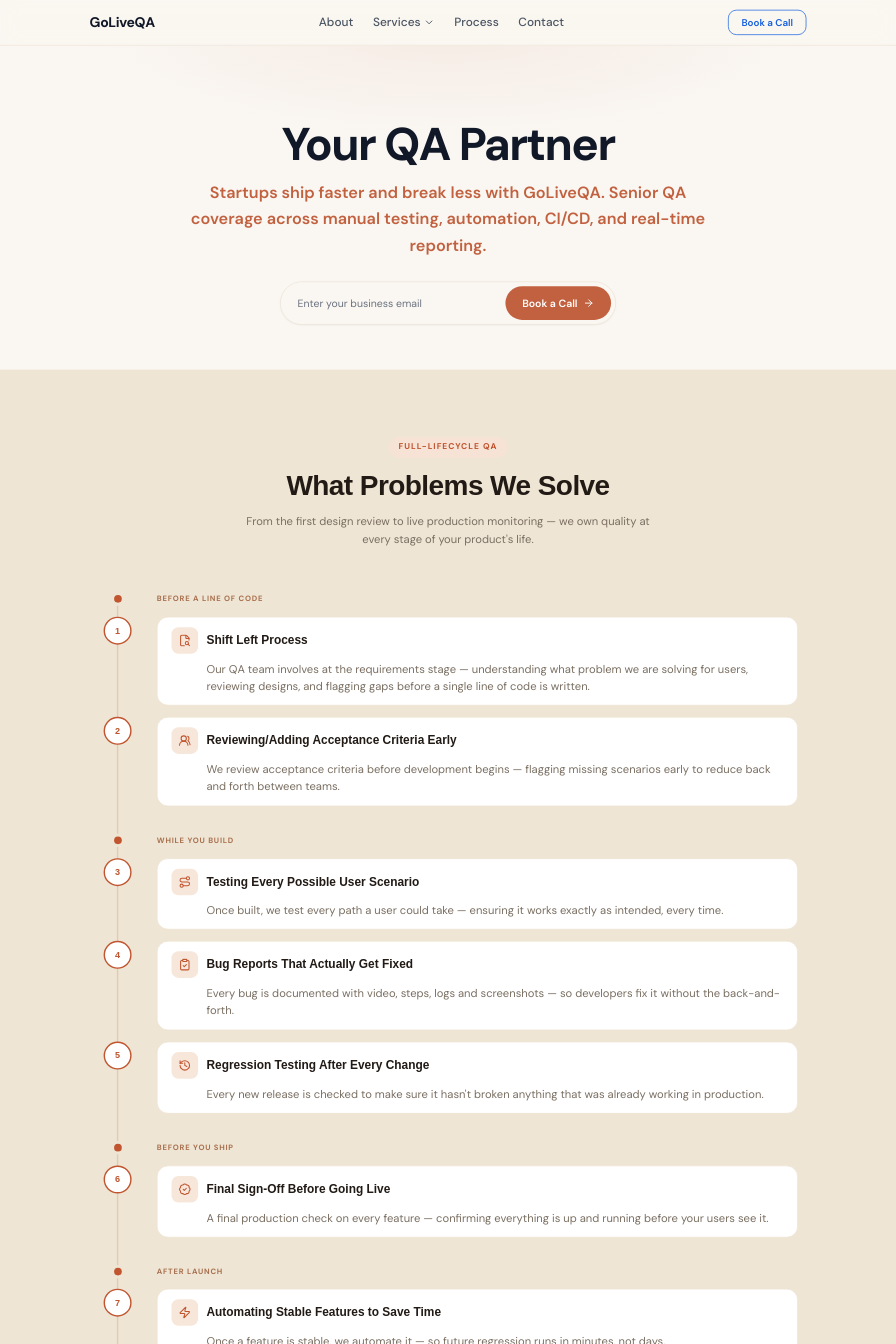
Repository: Monika281992/GoLiveQA
Page: /
An editor plug-in stored every save of this project. The page is shown before and after the next save, followed by the edit.
The browser window is 1280 px wide. The pictures show the part of the page from y = 0 to 1920 px (the page is 4588 px tall), at 70% of full size.
The project was rebuilt for these pictures with package versions that can differ from the ones it lists, and the page was loaded fresh each time. The framework's server and built-in components were replaced by stand-ins that run in the browser. Also part of the build but not shown: next.config.mjs.

Above is the page before, as saved 2026-06-27 14:30:28.

### app/layout.tsx
import type { Metadata } from "next";
import { DM_Sans, Kaushan_Script } from "next/font/google";
import "./globals.css";

const dmSans = DM_Sans({
  subsets: ["latin"],
  weight: ["300", "400", "500", "600", "700"],
  variable: "--font-sans",
  display: "swap",
});

const kaushan = Kaushan_Script({
  subsets: ["latin"],
  weight: "400",
  variable: "--font-script",
  display: "swap",
});

export const metadata: Metadata = {
  title: "GoLiveQA",
  description:
    "Senior QA engineer with 9 years of hands-on experience testing Healthcare, SaaS, AI & Real Estate products at startups across India and US. Playwright, Cypress, Postman. Available remotely.",
};

export default function RootLayout({
  children,
}: {
  children: React.ReactNode;
}) {
  return (
    <html lang="en" className={`${dmSans.variable} ${kaushan.variable}`}>
      <body className="font-sans leading-relaxed">{children}</body>
    </html>
  );
}

### app/page.tsx
import { Navbar } from "@/components/navbar";
import { Hero } from "@/components/hero";
import { ProblemsWeSolve } from "@/components/ProblemsWeSolve";
import { Process } from "@/components/process";
import { Pricing } from "@/components/pricing";
import { Contact } from "@/components/contact";
import { Footer } from "@/components/footer";

export default function Home() {
  return (
    <div className="min-h-screen bg-surface">
      <Navbar />
      <main>
        <Hero />
        <ProblemsWeSolve />
        <Process />
        <Pricing />
        <Contact />
      </main>
      <Footer />
    </div>
  );
}

### app/globals.css
@tailwind base;
@tailwind components;
@tailwind utilities;

html {
  scroll-behavior: smooth;
}

body {
  background-color: #faf7f2;
  color: #4b5563;
  -webkit-font-smoothing: antialiased;
}

### components/ProblemsWeSolve.jsx
"use client";

import {
  FileSearch2,
  UsersRound,
  Route,
  ClipboardCheck,
  History,
  BadgeCheck,
  Zap,
  Radar,
} from "lucide-react";

const ACCENT      = "#c0552f";
const RAIL_COLOR  = "#ddcdb4";
const BG_SECTION  = "#efe5d4";
const BG_CARD     = "#ffffff";
const TEXT_HEAD   = "#211a15";
const TEXT_BODY   = "#7a6f62";
const CHIP_BG     = "#f7e7db";
const PHASE_TEXT  = "#a8714f";
const EYEBROW_BG  = "#f7e3d6";

const DARK = {
  bg:   "#2c2620",
  title:"#ffffff",
  body: "#c9bfb2",
  icon: "#f0a07e",
  chip: "rgba(192,85,47,0.25)",
};

const phases = [
  {
    label: "Before a line of code",
    items: [
      {
        n: 1, Icon: FileSearch2,
        title: "Shift Left Process",
        desc:  "Our QA team involves at the requirements stage — understanding what problem we are solving for users, reviewing designs, and flagging gaps before a single line of code is written.",
        dark: false,
      },
      {
        n: 2, Icon: UsersRound,
        title: "Reviewing/Adding Acceptance Criteria Early",
        desc:  "We review acceptance criteria before development begins — flagging missing scenarios early to reduce back and forth between teams.",
        dark: false,
      },
    ],
  },
  {
    label: "While you build",
    items: [
      {
        n: 3, Icon: Route,
        title: "Testing Every Possible User Scenario",
        desc:  "Once built, we test every path a user could take — ensuring it works exactly as intended, every time.",
        dark: false,
      },
      {
        n: 4, Icon: ClipboardCheck,
        title: "Bug Reports That Actually Get Fixed",
        desc:  "Every bug is documented with video, steps, logs and screenshots — so developers fix it without the back-and-forth.",
        dark: false,
      },
      {
        n: 5, Icon: History,
        title: "Regression Testing After Every Change",
        desc:  "Every new release is checked to make sure it hasn't broken anything that was already working in production.",
        dark: false,
      },
    ],
  },
  {
    label: "Before you ship",
    items: [
      {
        n: 6, Icon: BadgeCheck,
        title: "Final Sign-Off Before Going Live",
        desc:  "A final production check on every feature — confirming everything is up and running before your users see it.",
        dark: false,
      },
    ],
  },
  {
    label: "After launch",
    items: [
      {
        n: 7, Icon: Zap,
        title: "Automating Stable Features to Save Time",
        desc:  "Once a feature is stable, we automate it — so future regression runs in minutes, not days.",
        dark: false,
      },
      {
        n: 8, Icon: Radar,
        title: "Continuous Production Monitoring",
        desc:  "Most QA stops at launch. We don't. We test production continuously — so your users never hit an issue silently.",
        dark: true,
      },
    ],
  },
];

export function ProblemsWeSolve() {
  return (
    <section style={{ background: BG_SECTION, padding: "96px 32px" }}
      className="!py-16 !px-5 md:!py-24 md:!px-8">
<div style={{ maxWidth: 1000, margin: "0 auto" }}>

        {/* Header */}
        <div style={{ maxWidth: 600, margin: "0 auto 64px", textAlign: "center" }}>
          <span style={{
            display: "inline-block",
            background: EYEBROW_BG,
            color: ACCENT,
            fontSize: 12,
            fontWeight: 700,
            textTransform: "uppercase",
            letterSpacing: "0.12em",
            borderRadius: 999,
            padding: "5px 14px",
            marginBottom: 16,
          }}>
            Full-Lifecycle QA
          </span>
          <h2 style={{
            fontFamily: "'Poppins', sans-serif",
            fontWeight: 600,
            fontSize: "clamp(1.8rem, 4vw, 2.5rem)",
            color: TEXT_HEAD,
            margin: "0 0 16px",
            lineHeight: 1.15,
            letterSpacing: "-0.02em",
          }}>
            What Problems We Solve
          </h2>
          <p style={{ fontSize: 16, color: TEXT_BODY, lineHeight: 1.6, margin: 0 }}>
            From the first design review to live production monitoring — we own quality at every stage of your product&apos;s life.
          </p>
        </div>

        {/* Timeline */}
        <div style={{ position: "relative" }}>
          {/* Vertical rail */}
          <div style={{
            position: "absolute",
            left: 27,
            top: 18,
            bottom: 18,
            width: 2,
            background: RAIL_COLOR,
            zIndex: 0,
          }} />

          {phases.map((phase, phaseIdx) => (
            <div key={phase.label}>
              {/* Phase label row */}
              <div style={{
                display: "flex",
                alignItems: "center",
                gap: 28,
                marginTop: phaseIdx === 0 ? 0 : 40,
                marginBottom: 16,
              }}>
                <div style={{ width: 56, flexShrink: 0, display: "flex", justifyContent: "center", position: "relative", zIndex: 1 }}>
                  <div style={{
                    width: 11,
                    height: 11,
                    borderRadius: "50%",
                    background: ACCENT,
                    boxShadow: `0 0 0 4px ${BG_SECTION}`,
                  }} />
                </div>
                <span style={{
                  fontSize: 11,
                  fontWeight: 700,
                  textTransform: "uppercase",
                  letterSpacing: "0.1em",
                  color: PHASE_TEXT,
                }}>
                  {phase.label}
                </span>
              </div>

              {/* Items */}
              {phase.items.map((item) => {
                const isDark = item.dark;
                return (
                  <div key={item.n} style={{ display: "flex", gap: 28, alignItems: "flex-start", marginBottom: 16 }}>

                    {/* Numbered node */}
                    <div style={{ width: 56, flexShrink: 0, display: "flex", justifyContent: "center", position: "relative", zIndex: 1 }}>
                      <div style={{
                        width: 40,
                        height: 40,
                        borderRadius: "50%",
                        background: isDark ? ACCENT : BG_CARD,
                        border: `2px solid ${ACCENT}`,
                        display: "flex",
                        alignItems: "center",
                        justifyContent: "center",
                        fontFamily: "'Poppins', sans-serif",
                        fontWeight: 600,
                        fontSize: 13,
                        color: isDark ? "#fff" : ACCENT,
                      }}>
                        {item.n}
                      </div>
                    </div>

                    {/* Card */}
                    <div style={{
                      flex: 1,
                      background: isDark ? DARK.bg : BG_CARD,
                      border: isDark ? "none" : "1px solid #ece1d0",
                      borderRadius: 16,
                      padding: "14px 20px",
                    }}>
                      {/* Icon + title */}
                      <div style={{ display: "flex", alignItems: "center", gap: 12 }}>
                        <div style={{
                          width: 38,
                          height: 38,
                          borderRadius: 10,
                          flexShrink: 0,
                          background: isDark ? DARK.chip : CHIP_BG,
                          display: "flex",
                          alignItems: "center",
                          justifyContent: "center",
                        }}>
                          <item.Icon size={18} color={isDark ? DARK.icon : ACCENT} />
                        </div>
                        <h3 style={{
                          fontFamily: "'Poppins', sans-serif",
                          fontWeight: 600,
                          fontSize: 17,
                          color: isDark ? DARK.title : TEXT_HEAD,
                          margin: 0,
                          lineHeight: 1.3,
                        }}>
                          {item.title}
                        </h3>
                      </div>

                      {/* Description */}
                      <p style={{
                        fontSize: 16,
                        lineHeight: 1.55,
                        color: isDark ? DARK.body : TEXT_BODY,
                        margin: "10px 0 0",
                        paddingLeft: 50,
                      }}>
                        {item.desc}
                      </p>
                    </div>

                  </div>
                );
              })}
            </div>
          ))}
        </div>

      </div>
    </section>
  );
}

### components/process.tsx
import { Card } from "@/components/ui/card";

const steps = [
  {
    n: "01",
    title: "Discovery Call",
    desc: "A quick call to understand your product and how your team works.",
  },
  {
    n: "02",
    title: "We Build Your QA Strategy",
    desc: "Test strategy, test cases, and the right mix of manual and automated testing for your product.",
  },
  {
    n: "03",
    title: "We Test Every Feature Before It Ships",
    desc: "Manual and automated tests every sprint. Clear go/no-go before anything ships.",
  },
  {
    n: "04",
    title: "Full Visibility, Always",
    desc: "Results land in your Slack automatically. No chasing updates before every release.",
  },
];

export function Process() {
  return (
    <section
      id="process"
      className="bg-surface py-16 md:py-24 lg:py-[108px]"
    >
      <div className="mx-auto max-w-container px-5 sm:px-8 lg:px-12">
        <div className="mx-auto mb-14 max-w-[200px]">
          <div className="h-px w-full bg-hairline" />
        </div>
        <div className="mx-auto max-w-[660px] text-center">
          <h2 className="text-[clamp(2rem,4.4vw,2.7rem)] font-bold tracking-[-0.025em] text-ink">
            How We Work
          </h2>
          <p className="mt-4 text-[clamp(1rem,1.7vw,1.15rem)] leading-relaxed text-muted">
            Here&apos;s exactly what happens when you work with us.
          </p>
        </div>
        <div className="mt-10 grid grid-cols-1 gap-5 sm:grid-cols-2 lg:grid-cols-4">
          {steps.map((s) => (
            <Card
              key={s.n}
              className="rounded-[18px] p-7 pt-[30px] transition-all hover:-translate-y-1 hover:shadow-lift"
            >
              <div className="mb-5 flex h-[52px] w-[52px] items-center justify-center rounded-[14px] bg-accent text-[19px] font-bold text-white shadow-[0_8px_18px_-8px_#c2613f]">
                {s.n}
              </div>
              <h3 className="mb-2 text-[1.1rem] font-bold text-ink">{s.title}</h3>
              <p className="text-[0.95rem] leading-relaxed text-muted">{s.desc}</p>
            </Card>
          ))}
        </div>
      </div>
    </section>
  );
}

### components/pricing.tsx
import { Calendar, Check } from "lucide-react";
import { Button } from "@/components/ui/button";

const guarantees = [
  "No surprise charges",
  "No long-term lock-in",
  "Senior engineer, always",
];

export function Pricing() {
  return (
    <section id="pricing" className="py-16 md:py-24 lg:py-[108px]">
      <div className="mx-auto max-w-container px-5 sm:px-8 lg:px-12">
        <div className="relative mx-auto max-w-[740px] overflow-hidden rounded-[26px] border border-hairline bg-white px-6 py-10 text-center shadow-cta sm:px-14 md:py-[68px]">
          <div className="pointer-events-none absolute inset-0 bg-[radial-gradient(70%_60%_at_50%_0%,#f6ebe5,transparent_70%)]" />
          <div className="relative">
            <h2 className="text-[clamp(2rem,4.6vw,2.9rem)] font-bold leading-[1.08] tracking-[-0.025em] text-ink">
              Let&apos;s Talk About Your Product
            </h2>
            <p className="mx-auto mt-[18px] max-w-[560px] text-[clamp(1rem,1.7vw,1.13rem)] leading-relaxed text-muted">
              Every engagement is scoped to your product size, release frequency, and
              testing needs. Book a 30-minute call — I&apos;ll give you a clear, honest
              quote within 24 hours.
            </p>
            <div className="mt-8">
              <Button asChild size="lg">
                <a href="#contact">
                  <Calendar className="h-[19px] w-[19px]" />
                  Book a 30-min Call
                </a>
              </Button>
            </div>
            <div className="mt-7 flex flex-wrap justify-center gap-x-[26px] gap-y-3 text-sm text-body">
              {guarantees.map((g) => (
                <span key={g} className="inline-flex items-center gap-2">
                  <Check className="h-[17px] w-[17px] text-green-600" />
                  {g}
                </span>
              ))}
            </div>
          </div>
        </div>
      </div>
    </section>
  );
}

### components/footer.tsx
const links = [
  { label: "About", href: "#about" },
  { label: "How Can I Help", href: "#services" },
  { label: "Process", href: "#process" },
  { label: "Contact", href: "#contact" },
];

export function Footer() {
  return (
    <footer className="border-t border-hairline bg-white py-8">
      <div className="mx-auto flex max-w-container flex-wrap items-center justify-between gap-x-7 gap-y-4 px-5 sm:px-8 lg:px-12">
        <a href="#top" className="text-lg font-bold tracking-tight text-brand">
          GoLiveQA
        </a>
        <div className="flex flex-wrap gap-6">
          {links.map((l) => (
            <a
              key={l.href}
              href={l.href}
              className="text-sm text-muted transition-colors hover:text-ink"
            >
              {l.label}
            </a>
          ))}
        </div>
        <p className="text-[13.5px] text-faint">
          © 2026 GoLiveQA. All rights reserved. A boutique QA consultancy.
        </p>
      </div>
    </footer>
  );
}

### components/ui/button.tsx
import * as React from "react";
import { Slot } from "@radix-ui/react-slot";
import { cva, type VariantProps } from "class-variance-authority";
import { cn } from "@/lib/utils";

const buttonVariants = cva(
  "inline-flex items-center justify-center gap-2 whitespace-nowrap rounded-xl font-semibold transition-all focus-visible:outline-none focus-visible:ring-2 focus-visible:ring-brand/40 focus-visible:ring-offset-2 disabled:pointer-events-none disabled:opacity-50",
  {
    variants: {
      variant: {
        default:
          "bg-brand text-white shadow-brand hover:bg-brand-dark hover:-translate-y-0.5",
        outline:
          "border-[1.5px] border-brand text-brand hover:bg-brand hover:text-white",
        ghost: "text-brand hover:bg-brand/5",
      },
      size: {
        default: "h-11 px-6 text-[15px]",
        lg: "h-[52px] px-7 text-base",
        sm: "h-9 px-[18px] text-sm",
      },
    },
    defaultVariants: {
      variant: "default",
      size: "default",
    },
  }
);

export interface ButtonProps
  extends React.ButtonHTMLAttributes<HTMLButtonElement>,
    VariantProps<typeof buttonVariants> {
  asChild?: boolean;
}

const Button = React.forwardRef<HTMLButtonElement, ButtonProps>(
  ({ className, variant, size, asChild = false, ...props }, ref) => {
    const Comp = asChild ? Slot : "button";
    return (
      <Comp
        className={cn(buttonVariants({ variant, size, className }))}
        ref={ref}
        {...props}
      />
    );
  }
);
Button.displayName = "Button";

export { Button, buttonVariants };

### components/ui/card.tsx
import * as React from "react";
import { cn } from "@/lib/utils";

const Card = React.forwardRef<
  HTMLDivElement,
  React.HTMLAttributes<HTMLDivElement>
>(({ className, ...props }, ref) => (
  <div
    ref={ref}
    className={cn(
      "rounded-2xl border border-hairline bg-white shadow-card",
      className
    )}
    {...props}
  />
));
Card.displayName = "Card";

const CardHeader = React.forwardRef<
  HTMLDivElement,
  React.HTMLAttributes<HTMLDivElement>
>(({ className, ...props }, ref) => (
  <div ref={ref} className={cn("flex flex-col space-y-1.5 p-7", className)} {...props} />
));
CardHeader.displayName = "CardHeader";

const CardTitle = React.forwardRef<
  HTMLDivElement,
  React.HTMLAttributes<HTMLHeadingElement>
>(({ className, ...props }, ref) => (
  <h3
    ref={ref}
    className={cn("text-lg font-bold leading-snug text-ink", className)}
    {...props}
  />
));
CardTitle.displayName = "CardTitle";

const CardContent = React.forwardRef<
  HTMLDivElement,
  React.HTMLAttributes<HTMLDivElement>
>(({ className, ...props }, ref) => (
  <div ref={ref} className={cn("p-7 pt-0", className)} {...props} />
));
CardContent.displayName = "CardContent";

export { Card, CardHeader, CardTitle, CardContent };

### components/icons.tsx
// Inline brand glyphs not reliably present in current lucide-react builds.
export function LinkedInIcon({ className }: { className?: string }) {
  return (
    <svg viewBox="0 0 24 24" fill="currentColor" className={className} aria-hidden="true">
      <path d="M4.98 3.5C4.98 4.88 3.87 6 2.5 6S0 4.88 0 3.5 1.12 1 2.5 1 4.98 2.12 4.98 3.5zM.25 8h4.5v15H.25V8zm7.5 0h4.31v2.05h.06c.6-1.07 2.07-2.2 4.26-2.2 4.56 0 5.4 2.85 5.4 6.56V23h-4.5v-6.2c0-1.48-.03-3.38-2.06-3.38-2.07 0-2.39 1.6-2.39 3.27V23h-4.5V8z" />
    </svg>
  );
}

### tailwind.config.ts
import type { Config } from "tailwindcss";

const config: Config = {
  content: [
    "./app/**/*.{ts,tsx}",
    "./components/**/*.{ts,tsx}",
  ],
  theme: {
    extend: {
      colors: {
        // Brand action color (blue) — CTAs, links
        brand: { DEFAULT: "#145fdd", dark: "#0d46b8" },
        // Warm personal accent (terracotta) — eyebrows, badges, signature
        accent: { DEFAULT: "#c2613f", soft: "#f6ebe5" },
        // Warm surfaces
        surface: { DEFAULT: "#faf7f2", soft: "#f4ede2" },
        hairline: "#ece4d7",
        // Text
        ink: "#111827",
        body: "#4b5563",
        muted: "#6b7280",
        faint: "#9ca3af",
      },
      fontFamily: {
        sans: ["var(--font-sans)", "system-ui", "sans-serif"],
        script: ["var(--font-script)", "cursive"],
      },
      maxWidth: {
        container: "1120px",
      },
      boxShadow: {
        card: "0 1px 3px rgba(0,0,0,0.03)",
        lift: "0 20px 40px -18px rgba(0,0,0,0.16)",
        brand: "0 8px 20px -8px rgba(20,95,221,0.5)",
        photo: "0 18px 44px -22px rgba(0,0,0,0.28)",
        cta: "0 28px 70px -34px rgba(0,0,0,0.22)",
      },
    },
  },
  plugins: [],
};

export default config;

Loaded but not shown: lib/utils.ts (common file); components/navbar.tsx (185 lines, source omitted); components/contact.tsx (242 lines, source omitted); components/hero.tsx (74 lines, source omitted)

After the next save:
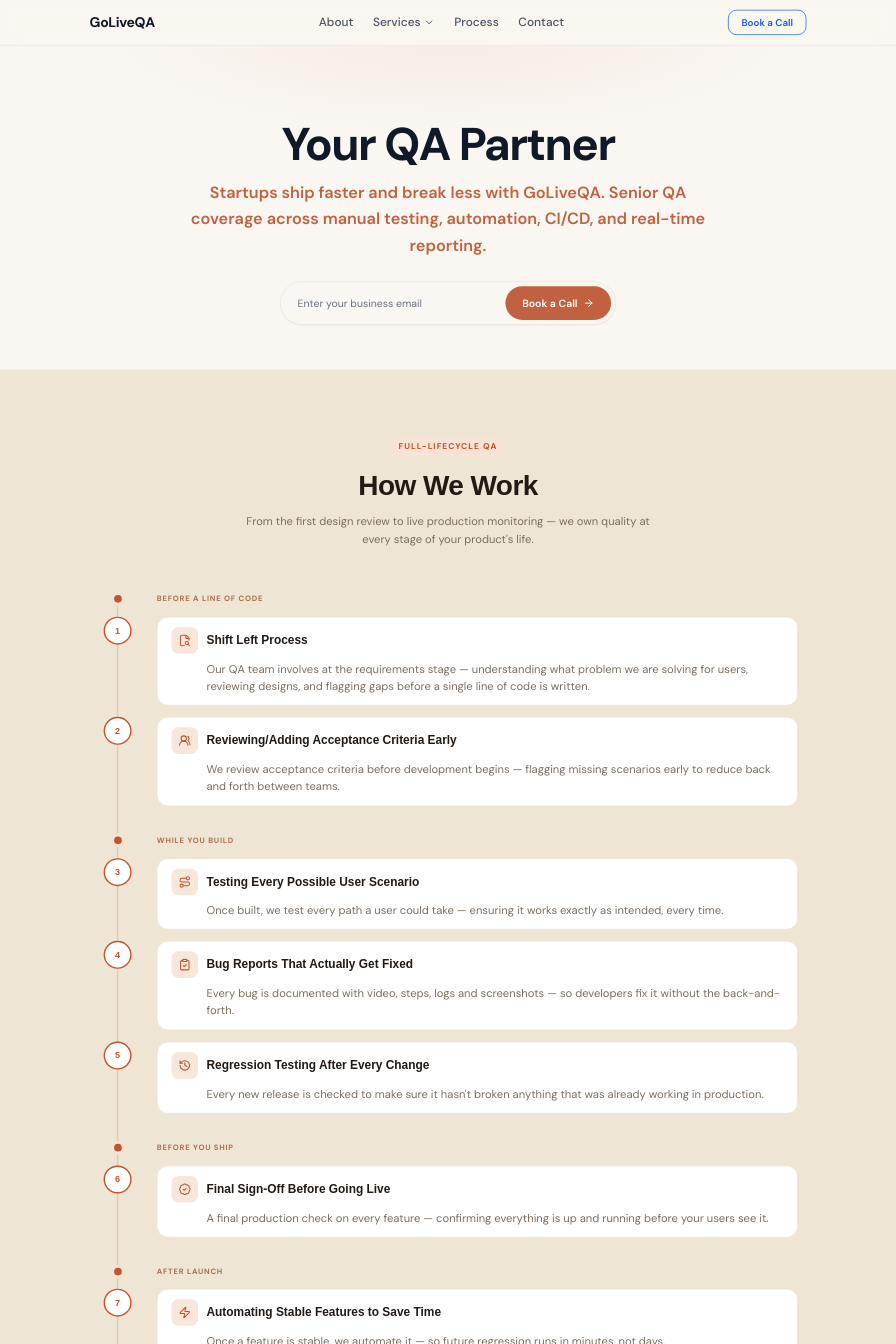
Saved 2 min 45 s later.
--- a/components/ProblemsWeSolve.jsx
+++ b/components/ProblemsWeSolve.jsx
@@ -131,7 +131,7 @@
             lineHeight: 1.15,
             letterSpacing: "-0.02em",
           }}>
-            What Problems We Solve
+            How We Work
           </h2>
           <p style={{ fontSize: 16, color: TEXT_BODY, lineHeight: 1.6, margin: 0 }}>
             From the first design review to live production monitoring — we own quality at every stage of your product&apos;s life.
